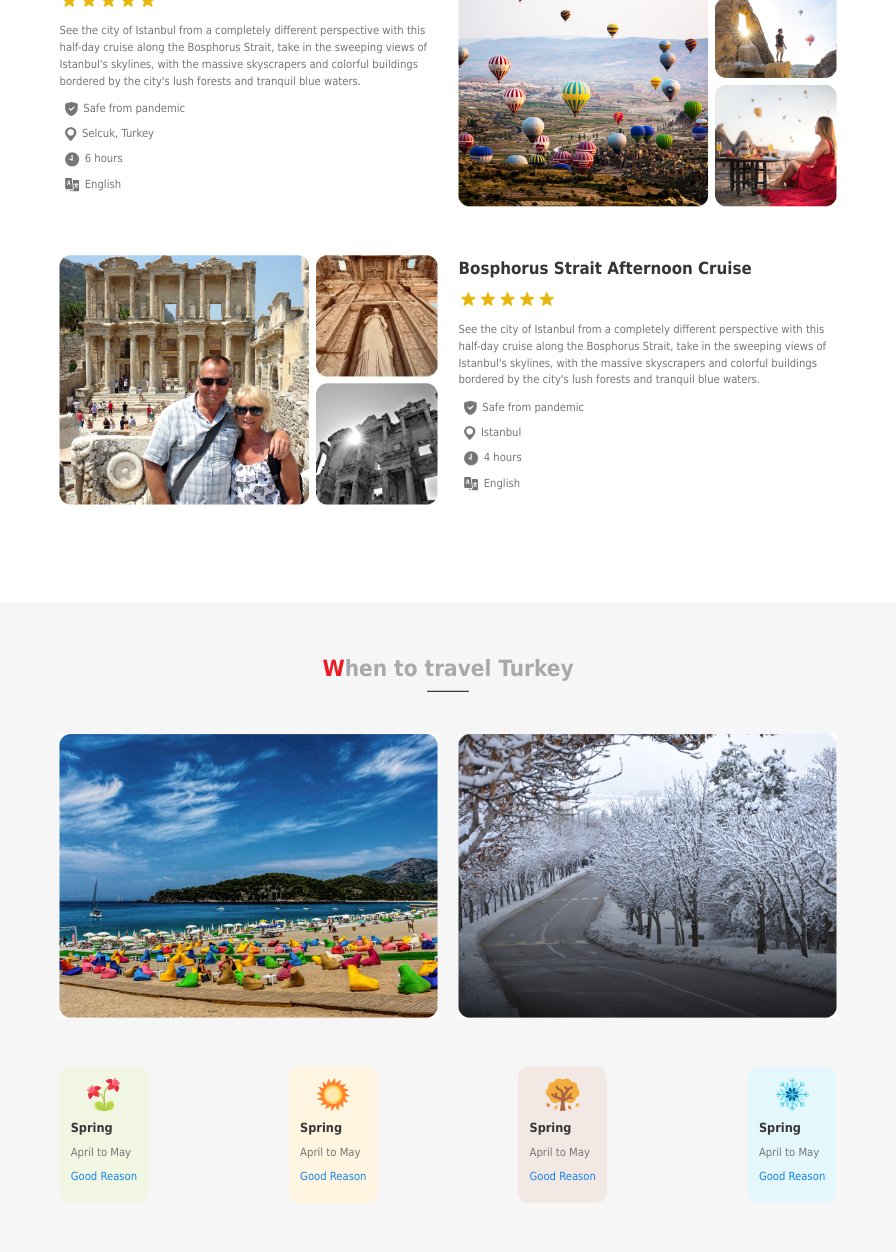
Repository: cvminhquan/turkey
Page: index.html
An editor plug-in stored every save of this project. The page is shown before and after the next save, followed by the edit.
The browser window is 1280 px wide. The pictures show the part of the page from y = 2004 to 3924 px (the page is 3793 px tall before and 3924 px after), at 70% of full size.
The style sheet was rebuilt from its Sass, Less or Tailwind sources for each picture, by a compiler version that may differ from the author's.

Above is the page before, as saved 2022-09-15 19:51:15.

After the next save:
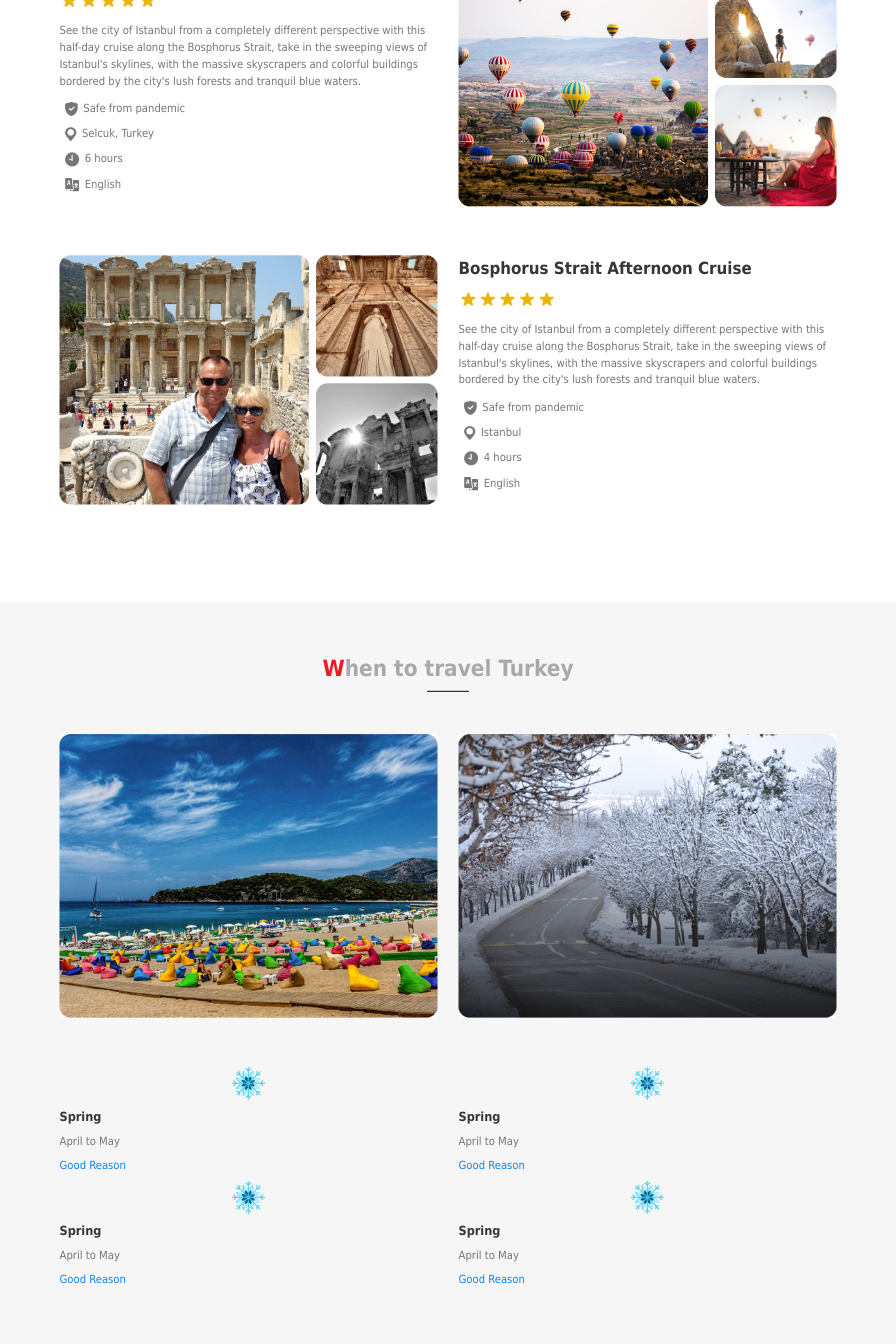
Saved 91 s later.
--- a/index.html
+++ b/index.html
@@ -157,7 +157,7 @@
                         <p class="bdr"><img src="./images/road.jpg" alt=""></p>
                     </div>
                 </div>
-                <div class="d-flex justify-content-between">
+                <!-- <div class="d-flex justify-content-between">
                     <div class=" bg-spring 1 p-3 ">
                         <p class="bdr text-center"><img src="./images/icon-flower.svg" alt=""></p>
                         <h2>Spring</h2>
@@ -183,6 +183,40 @@
                         <p class="text-status">Good Reason</p>
                     </div>
                     <div class=" bg-winter 1 p-3">
+                        <p class="bdr text-center"><img src="./images/icon-snow.svg" alt=""></p>
+                        <h2>Spring</h2>
+                        <p>
+                            <h3 class="text-month">April to May</h3>
+                        </p>
+                        <p class="text-status">Good Reason</p>
+                    </div>
+                </div> -->
+                <div class="row">
+                    <div class="col-6">
+                        <p class="bdr text-center"><img src="./images/icon-snow.svg" alt=""></p>
+                        <h2>Spring</h2>
+                        <p>
+                            <h3 class="text-month">April to May</h3>
+                        </p>
+                        <p class="text-status">Good Reason</p>
+                    </div>
+                    <div class="col-6">
+                        <p class="bdr text-center"><img src="./images/icon-snow.svg" alt=""></p>
+                        <h2>Spring</h2>
+                        <p>
+                            <h3 class="text-month">April to May</h3>
+                        </p>
+                        <p class="text-status">Good Reason</p>
+                    </div>
+                    <div class="col-6">
+                        <p class="bdr text-center"><img src="./images/icon-snow.svg" alt=""></p>
+                        <h2>Spring</h2>
+                        <p>
+                            <h3 class="text-month">April to May</h3>
+                        </p>
+                        <p class="text-status">Good Reason</p>
+                    </div>
+                    <div class="col-6">
                         <p class="bdr text-center"><img src="./images/icon-snow.svg" alt=""></p>
                         <h2>Spring</h2>
                         <p>
